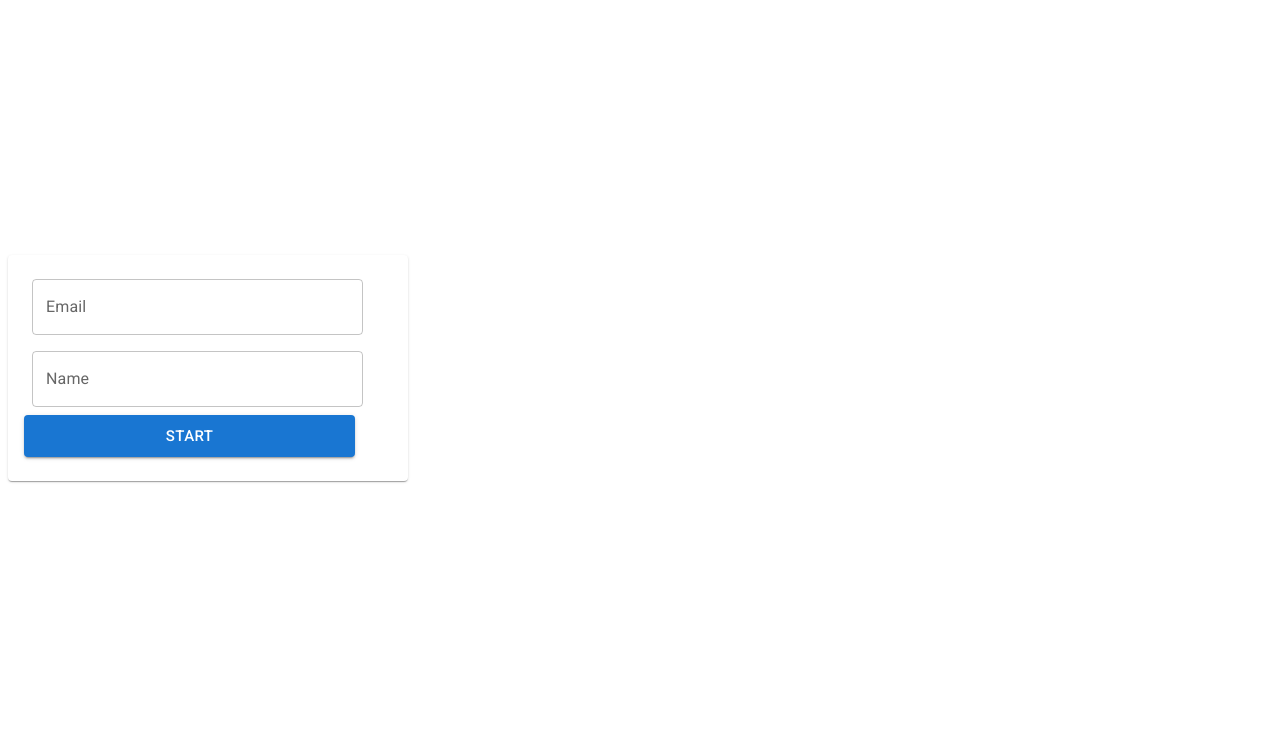
Repository: shikubro90/Quiz-App-React
Page: /
An editor plug-in stored every save of this project. The page is shown before and after a run of saves, followed by the edit.
The browser window is 1280 px wide. The pictures show the whole page.
The project was rebuilt for these pictures with package versions that can differ from the ones it lists, and the page was loaded fresh each time. Also part of the build but not shown: src/index.css, src/App.css.

Above is the page before, as saved 2022-06-25 01:52:55.

### src/App.js
import './App.css';
import Login from './components/Login';

function App() {
  return (
    <>
      <Login/>
    </>

  );
}

export default App;

### src/components/Login.jsx
import React from 'react';
import {Box, Button, Card, CardContent} from '@mui/material'
import { TextField } from '@mui/material';
import Center from './Center'

const Login = () => {
    return (
        <Center>
            <Card sx={{width: "400px"}}>
                <CardContent>
                    <Box sx={{
                        '& .MuiTextField-root' : {
                            m:1,
                            width: "90%"
                        }
                    }}>
                        <form noValidate>
                            <TextField
                            label="Email"
                            name="email"
                            variant='outlined'
                            />

                            <TextField
                            label="Name"
                            name="name"
                            variant='outlined'
                            />

                            <Button sx={{width: "90%"}}
                            type='submit'
                            variant='contained'
                            size='large'
                            >Start</Button>

                        </form>
                    </Box>
                </CardContent>
            </Card>
        </Center>
    );
};

export default Login;

### src/components/Center.jsx
import { Grid } from '@mui/material'
import React from 'react'

const Center = (props) => {
  return (
    <Grid
    container
    direction="column"
    alignItem ="center"
    justifyContent="center"
    sx={{minHeight : '100vh'}}>
        <Grid item sx={1}>
            {props.children}
        </Grid>
    </Grid>
  )
}

export default Center

Loaded but not shown: public/index.html (common file); src/index.js (common file); src/reportWebVitals.js (common file)

After the next 5 saves:
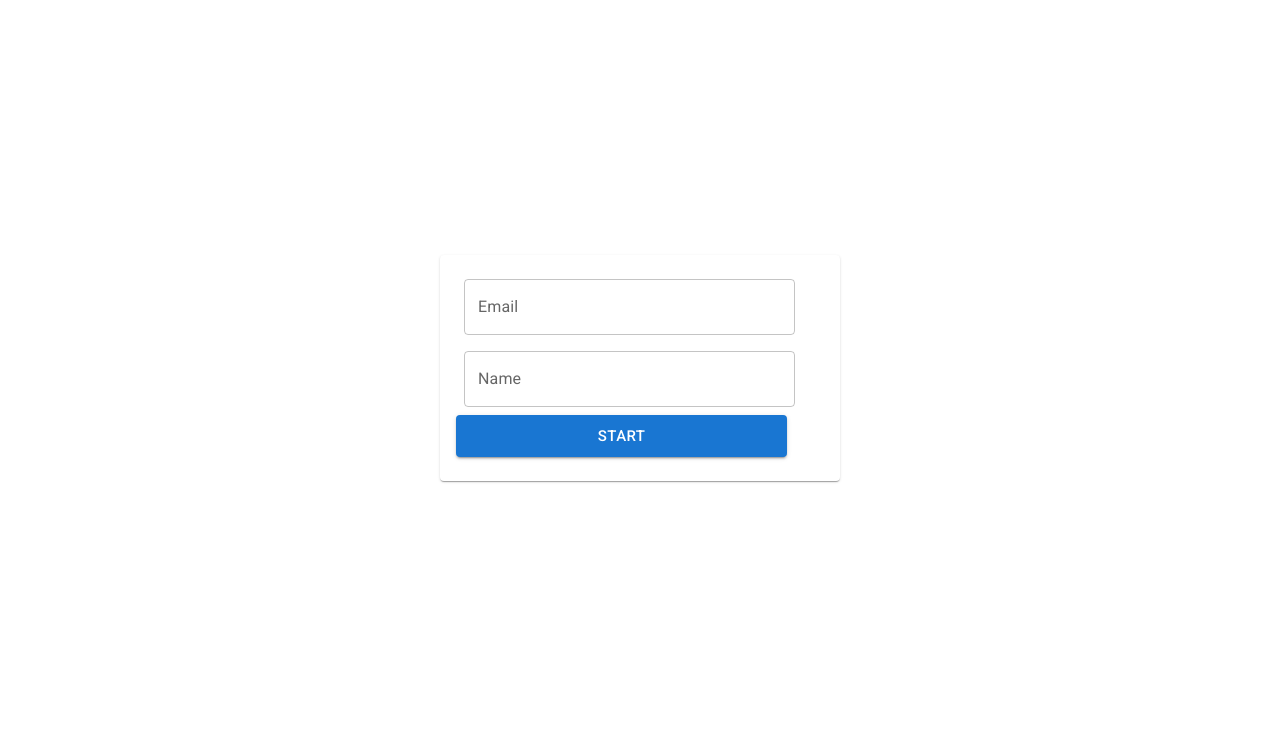
The 5 saves are shown as one change because they came seconds apart.
The last was saved 62 s later.
--- a/src/components/Center.jsx
+++ b/src/components/Center.jsx
@@ -6,7 +6,7 @@ const Center = (props) => {
     <Grid
     container
     direction="column"
-    alignItem ="center"
+    alignItems ="center"
     justifyContent="center"
     sx={{minHeight : '100vh'}}>
         <Grid item sx={1}>
